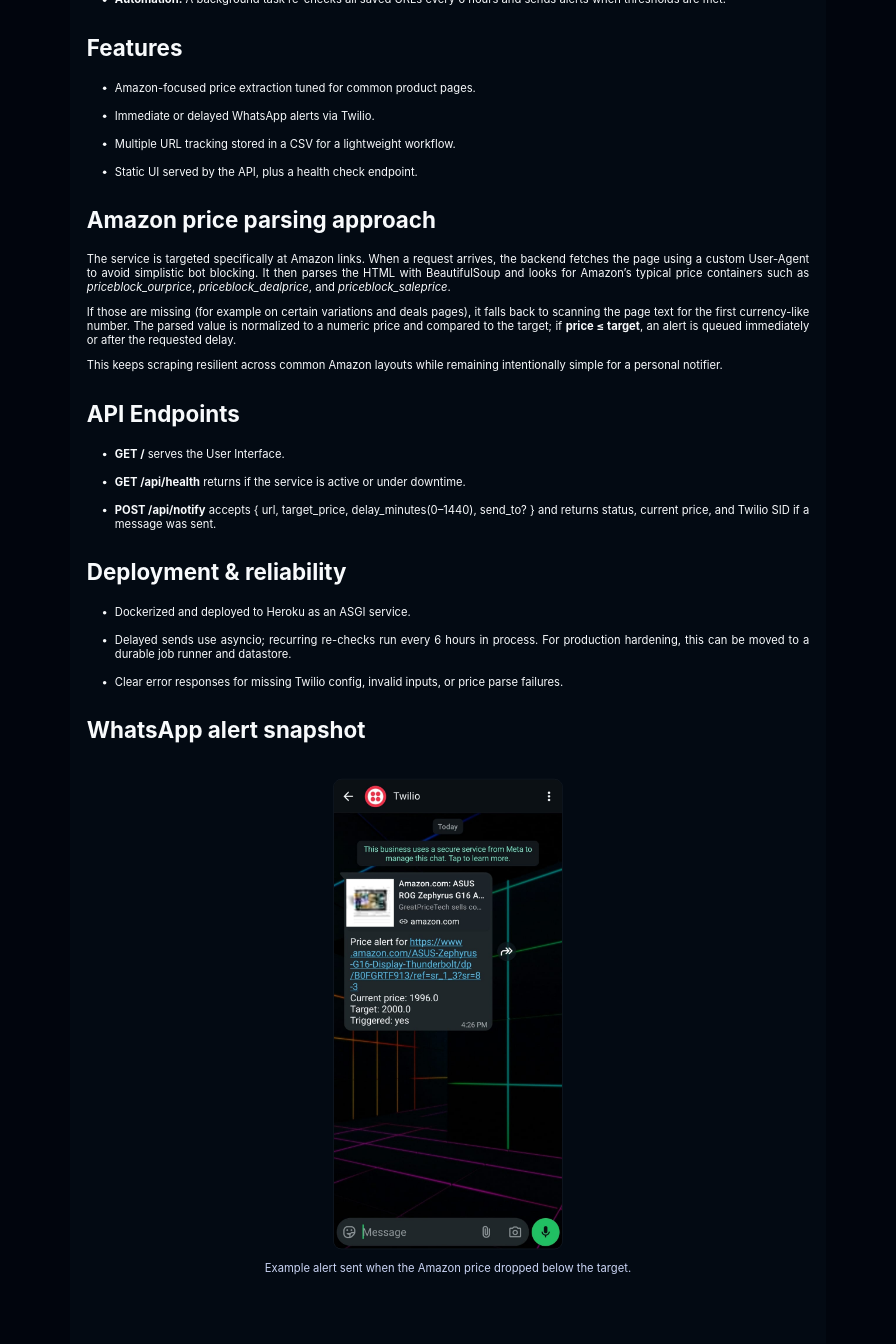
Repository: Abdulaziz-04/Abdulaziz-04.github.io
Page: deepdives/backend_systems/price_notifier/price_notifier.html
These files come from the project's save history. The page is drawn as it stood at one moment and after the next save; the edit follows.
The browser window is 1280 px wide. The pictures show the part of the page from y = 1214 to 3134 px (the page is 3134 px tall before and 2941 px after), at 70% of full size.

Above is the page before, as saved 2025-11-21 15:35:24.

After the next save:
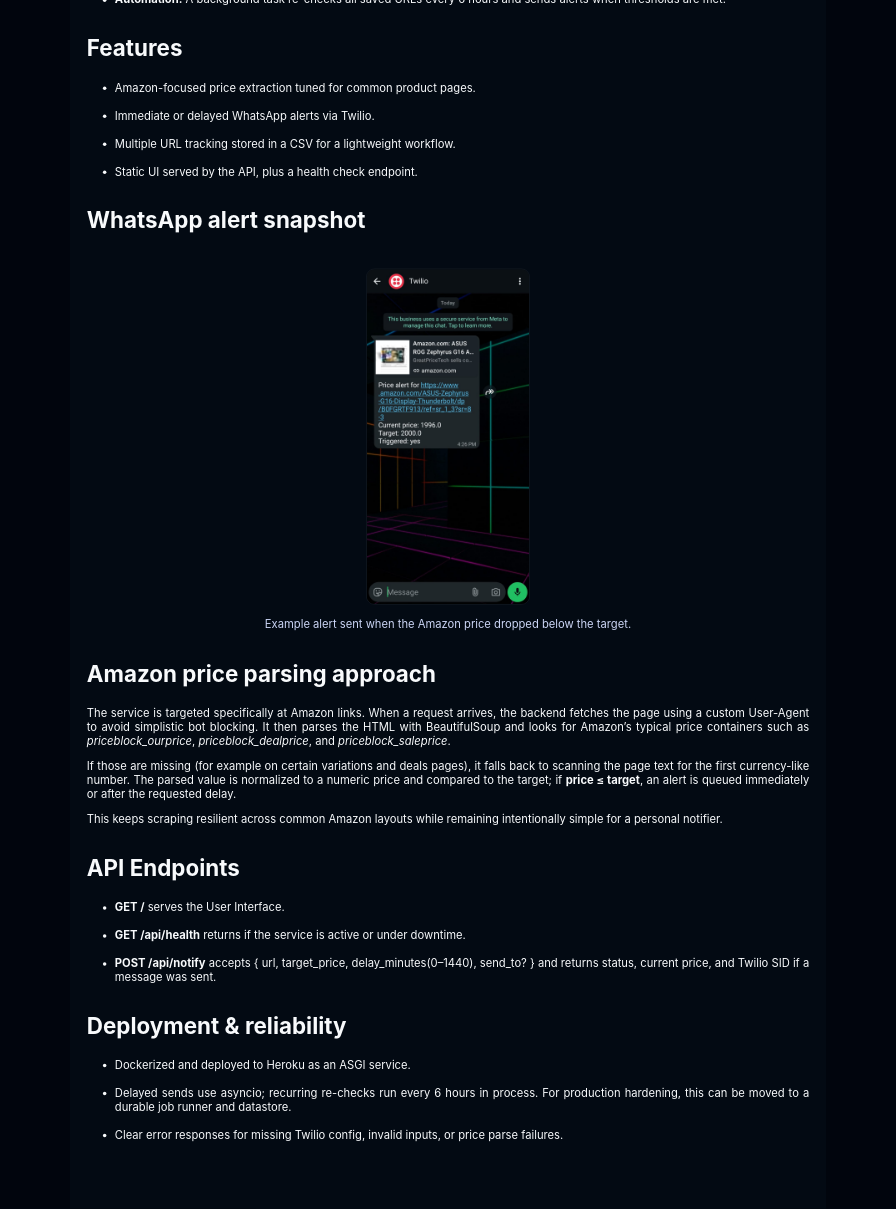
Saved 90 s later.
--- a/deepdives/backend_systems/price_notifier/price_notifier.html
+++ b/deepdives/backend_systems/price_notifier/price_notifier.html
@@ -89,6 +89,23 @@
           <li>Static UI served by the API, plus a health check endpoint.</li>
         </ul>
       </section>
+      <section class="detail-section detail-gallery">
+        <h2>WhatsApp alert snapshot</h2>
+        <div class="gallery-row gallery-row--one">
+          <figure class="gallery-item gallery-item--wide">
+            <a href="./images/notify.jpg" target="_blank">
+              <img
+                src="./images/notify.jpg"
+                alt="WhatsApp alert showcasing price trigger"
+                style="width: 30%; height: auto; display: block; margin: 0 auto"
+              />
+            </a>
+            <figcaption>
+              Example alert sent when the Amazon price dropped below the target.
+            </figcaption>
+          </figure>
+        </div>
+      </section>
 
       <!-- AMAZON LOGIC -->
       <section class="detail-section">
@@ -154,23 +171,6 @@
       </section>
 
       <!-- GALLERY -->
-      <section class="detail-section detail-gallery">
-        <h2>WhatsApp alert snapshot</h2>
-        <div class="gallery-row gallery-row--one">
-          <figure class="gallery-item gallery-item--wide">
-            <a href="./images/notify.jpg" target="_blank">
-              <img
-                src="./images/notify.jpg"
-                alt="WhatsApp alert showcasing price trigger"
-                style="width: 42%; height: auto; display: block; margin: 0 auto"
-              />
-            </a>
-            <figcaption>
-              Example alert sent when the Amazon price dropped below the target.
-            </figcaption>
-          </figure>
-        </div>
-      </section>
     </main>
   </body>
 </html>
